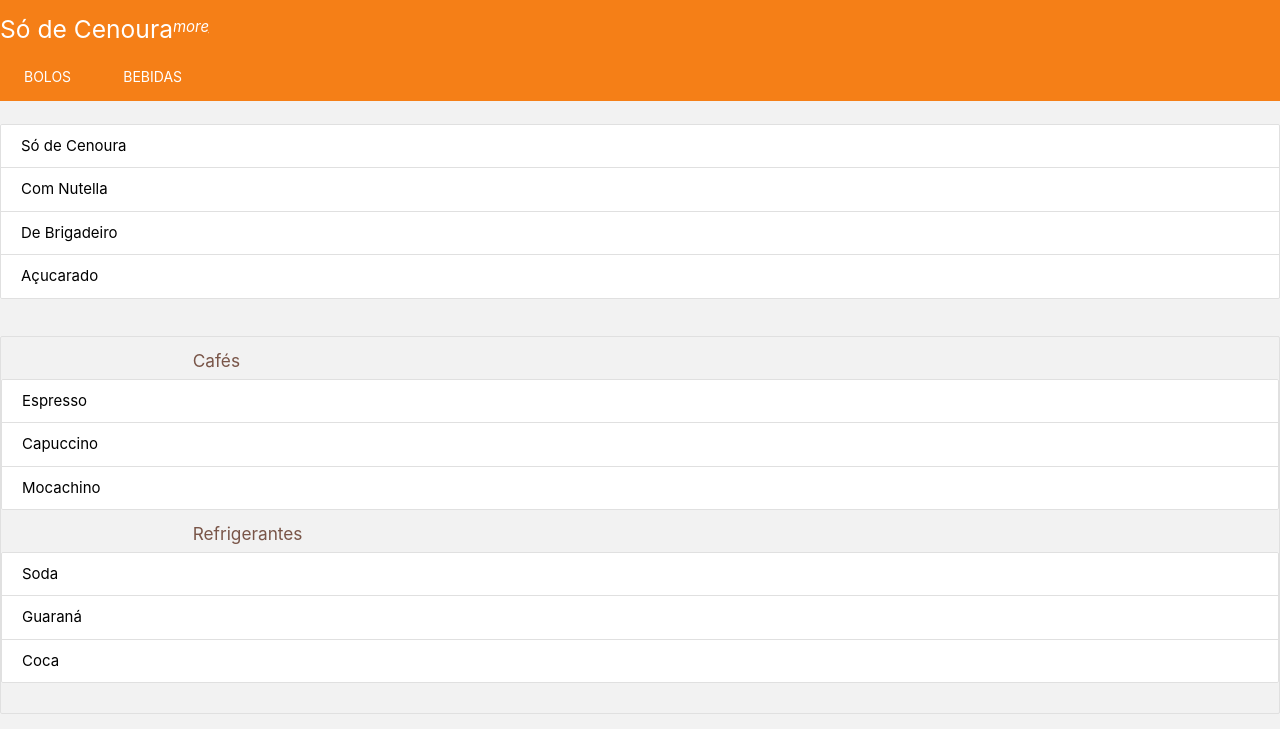
Repository: TaRCioS-CLaY/Mobile_RC_Clay
Page: garconapp/www/index.html
The author's editor kept a copy of each file at every save. The page is drawn from the files as they stood at one save, then again after the next save.
The browser window is 1280 px wide. The pictures show the whole page.

Above is the page before, as saved 2019-05-02 23:18:29.

### garconapp/www/index.html
<!DOCTYPE html>
<html>
  <head>
    <meta	name="viewport"
          content="width=device-width,	initial-scale=1">
    <meta	charset="utf-8">
    <title>Só	de	Cenoura	Garçom</title>
    <!-- <link	rel="stylesheet" href="css/MaterialIcons-Regular.ttfs"> -->
    <link	rel="stylesheet" href="css/materialize.css">
    <link	rel="stylesheet" href="css/estilos.css">
  </head>
  <body>
    <div	class="valign-wrapper	yellow	darken-4	white-text">
      <h5	class="titulo">Só	de	Cenoura</h5>
      <div>
        <i	class="material-icons	waves-effect
        waves-light	waves-circle">more_vert</i>
      </div>
    </div>
    <ul	class="tabs	yellow	darken-4">
      <li	class="tab">
        <a	href="#bolos"
           class="white-text	waves-effect	waves-light">
          Bolos
        </a>
      </li>
      <li	class="tab">
        <a	href="#bebidas"
           class="white-text	waves-effect	waves-light">
          Bebidas
        </a>
      </li>
    </ul>
    <div	id="bolos" class="section">
      <div	class="collection">
        <a	class="collection-item waves-effect black-text">Só	de	Cenoura</a>
        <a	class="collection-item waves-effect black-text">Com	Nutella</a>
        <a	class="collection-item waves-effect black-text">De	Brigadeiro</a>
        <a	class="collection-item waves-effect black-text">Açucarado</a>
      </div>
    </div>
    <div	class="collection brown-text">
      <div	id="bebidas" class="section">
        <h6	class="container">Cafés</h6>
        <div	class="collection">
          <a	class="collection-item waves-effect black-text">Espresso</a>
          <a	class="collection-item waves-effect black-text">Capuccino</a>
          <a	class="collection-item waves-effect black-text">Mocachino</a>
        </div>
        <h6	class="container brown-text">Refrigerantes</h6>
        <div	class="collection">
          <a	class="collection-item waves-effect black-text">Soda</a>
          <a	class="collection-item waves-effect black-text">Guaraná</a>
          <a	class="collection-item waves-effect black-text">Coca</a>
        </div>
      </div>


      <script	src="js/jquery-3.4.0.min.js"></script>
      <script	src="js/materialize.min.js"></script>
  </body>
</html>

### garconapp/www/css/estilos.css
.tabs .indicator	{
    background-color:	white;
}

body	{
    background-color: #F2F2F2;
}

Loaded but not shown: garconapp/www/css/materialize.css (library); garconapp/www/js/jquery-3.4.0.min.js (library); garconapp/www/js/materialize.min.js (library)

After the next save:
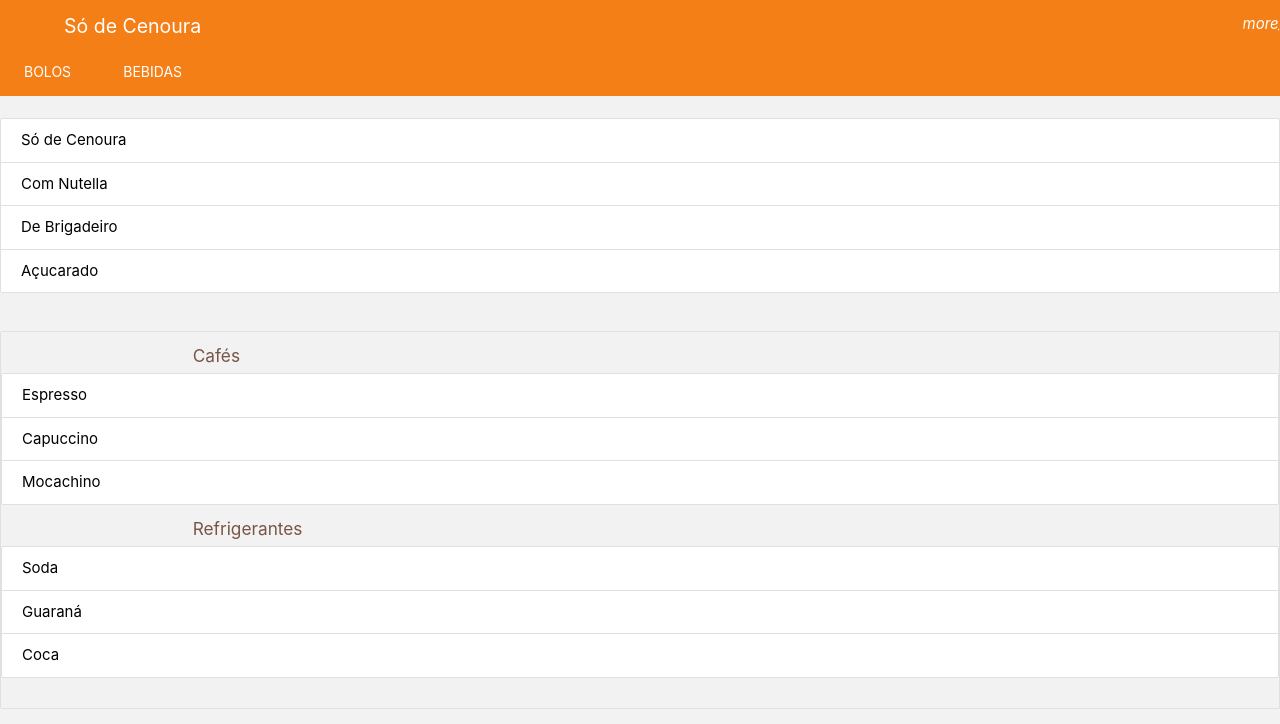
Saved 6 min 15 s later.
--- a/garconapp/www/css/estilos.css
+++ b/garconapp/www/css/estilos.css
@@ -1,3 +1,9 @@
+.titulo	{
+    font-size: 1.3rem;
+    margin-left: 5%;
+    margin-right:	auto;
+}
+
 .tabs .indicator	{
     background-color:	white;
 }
